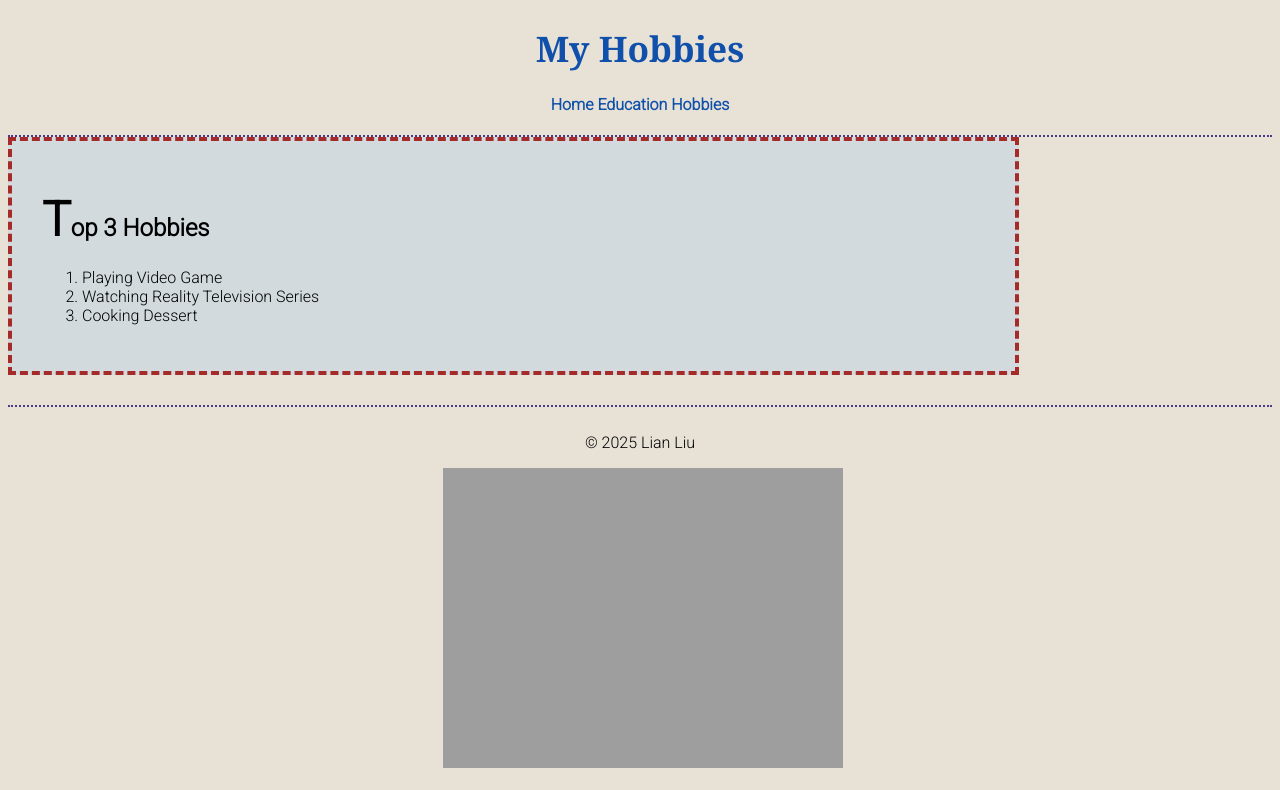
Repository: liulian26/CS5610
Page: assignment-1-liulian26/pages/hobbies.html
These files come from the project's save history. The page is drawn as it stood at one moment and after the next save; the edit follows.
The browser window is 1280 px wide. The pictures show the whole page.
Pictures or frames that could not be fetched are drawn as grey boxes.

Above is the page before, as saved 2025-02-01 00:40:51.

### assignment-1-liulian26/pages/hobbies.html
<!DOCTYPE html>
<html lang="en">
<head>
    <meta charset="UTF-8">
    <meta name="viewport" content="width=device-width, initial-scale=1.0">
    <title>Hobbies - My Portfolio</title>
    <link rel="stylesheet" href="../css/styles.css">
    <link rel="icon" href="../images/favicon.ico" type="image/x-icon">
</head>
<body>
    <header>
        <h1>My Hobbies</h1>
        <nav>
            <ul>
                <li><a href="../index.html">Home</a></li>
                <li><a href="education.html">Education</a></li>
                <li><a href="hobbies.html">Hobbies</a></li>
            </ul>
        </nav>
    </header>

    <main>
        <section>
            <h2>Top 3 Hobbies</h2>
            <ol>
                <li>Playing Video Game</li>
                <li>Watching Reality Television Series</li>
                <li>Cooking Dessert</li>
            </ol>
        </section>

    </main>

    <footer>
        <p>&copy; 2025 Lian Liu</p>
        <a href="https://github.com/liulian26" target="_blank">
            <i class="fab fa-github"></i>
        </a>
        <a href="mailto:liu.lian1@northeastern.edu">
            <i class="fas fa-envelope"></i>
        </a>
    </footer>
</body>
</html>

### assignment-1-liulian26/css/styles.css
@import url('https://fonts.googleapis.com/css2?family=Roboto:wght@300&display=swap');

header {
    text-align: center;
    border-bottom: 2px dotted darkslateblue;
    padding-bottom: 5px;

}

#role {
    font-weight: bold;
}

h1 {
    color: #1050aa;
    font-family: Georgia, 'Times New Roman', Times, serif;
    font-size: 2.2em;
}

nav ul {
    list-style-type: none;
    padding: 0;
    text-align: center;
}

nav ul li {
    display: inline;
    margin-right: 0 20px;
}

nav ul li a {
    text-decoration: none;
    color: #1050aa;
    font-weight: bold;
}

nav ul li a:hover {
    color: crimson;
}

main {
    width: 80%;
    margin: 20 auto;
}

section {
    border: 4px dashed brown;
    padding: 30px;
    margin-bottom: 30px;
    background-color: rgba(126, 191, 251, 0.2);
}

body {
    background-color: rgb(231, 225, 214);
    font-family: 'Roboto', sans-serif;
}

h2::first-letter {
    font-size: 3rem;
}

img {
    max-width: 26%;
    height: auto;
    display: block;
    margin: 10px auto;
}

figure {
    text-align: center;
}

figcaption {
    font-style: italic;
    color: goldenrod;
}

footer {
    text-align: center;
    padding: 10px;
    border-top: 2px dotted darkslateblue;
}

.projects {
    border: 2px dashed brown;
    margin: 10px 0;
}

a[href*="github"]:hover {
    color: crimson;
}

a[href*="github"]::after {
    content: url(../images/GitHub-Mark-32px.png);
    margin-left: 5px;
    vertical-align: middle;
}


header a:visited {
    color: rgb(237, 122, 127);
}

After the next save:
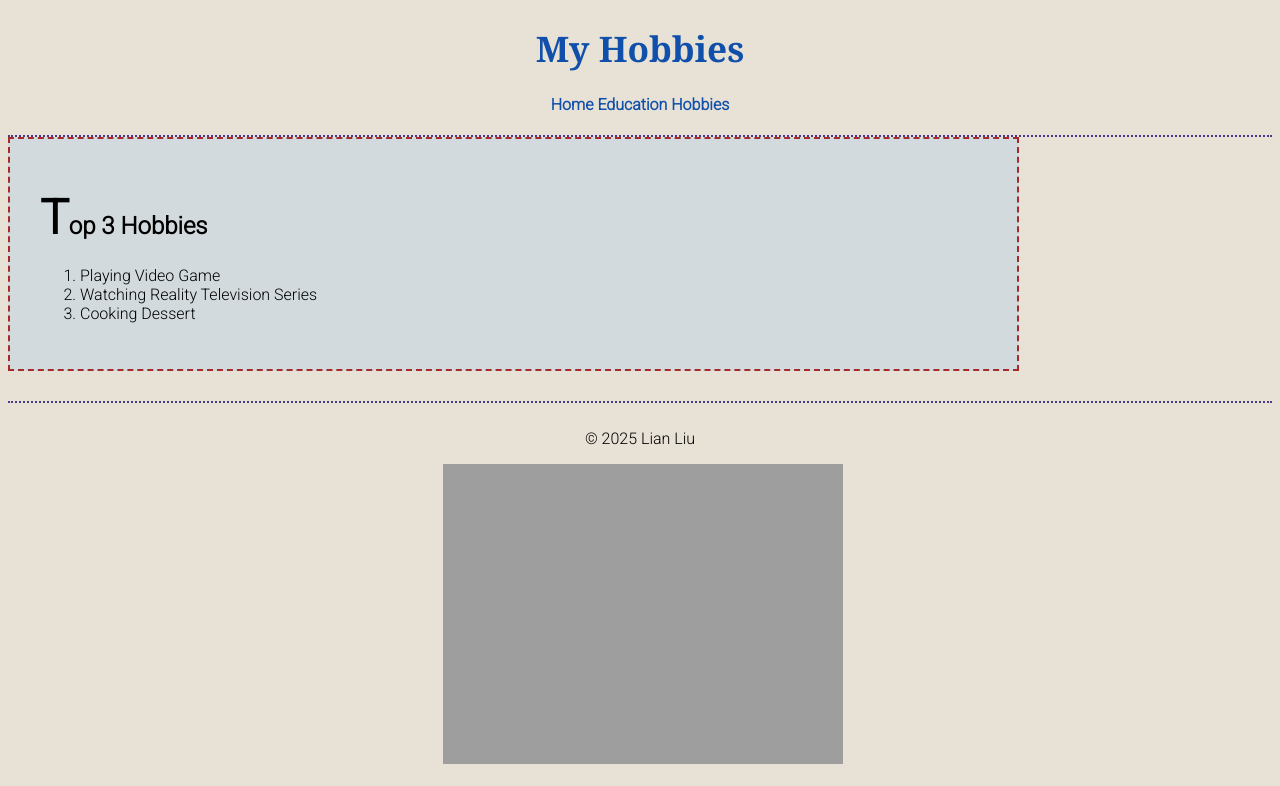
Saved 14 s later.
--- a/assignment-1-liulian26/css/styles.css
+++ b/assignment-1-liulian26/css/styles.css
@@ -44,7 +44,7 @@ main {
 }
 
 section {
-    border: 4px dashed brown;
+    border: 2px dashed brown;
     padding: 30px;
     margin-bottom: 30px;
     background-color: rgba(126, 191, 251, 0.2);
